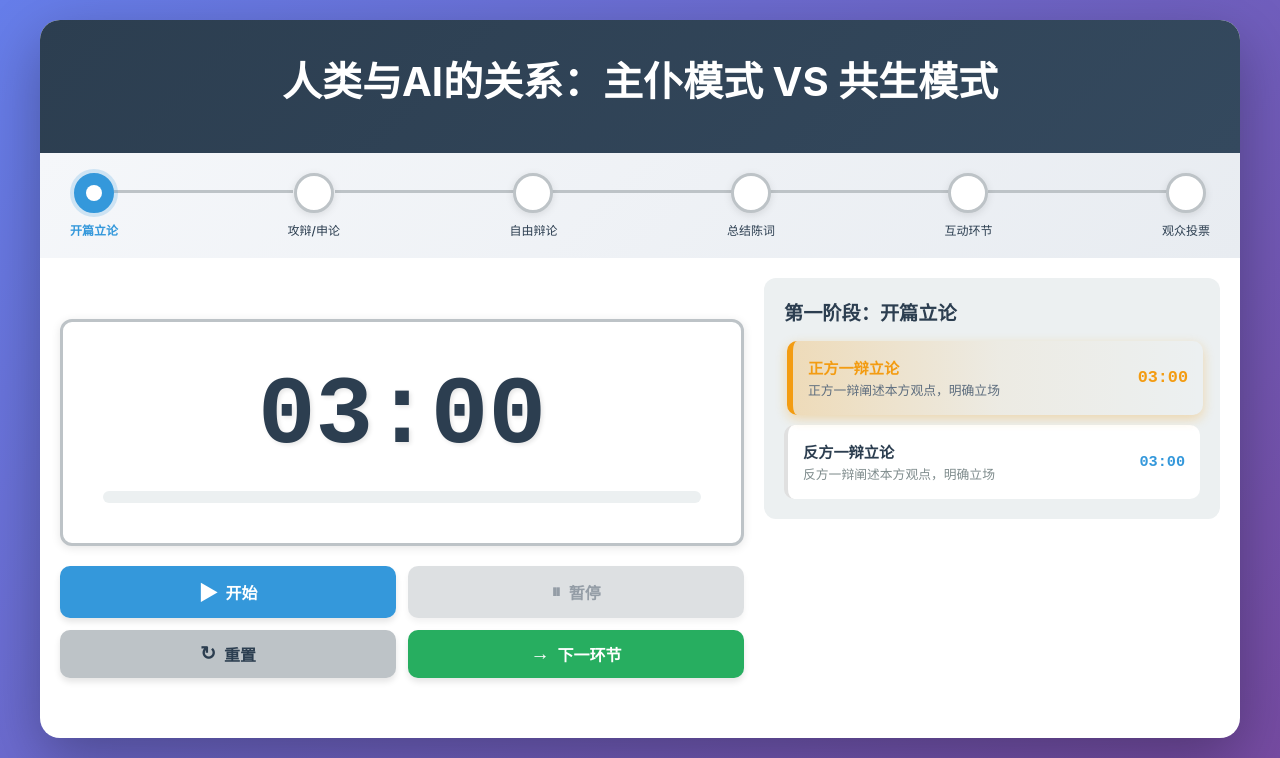
Repository: YannZhao/debate-timer
Page: index.html
The author's editor kept a copy of each file at every save. The page is drawn from the files as they stood at one save, then again after the next save.
The browser window is 1280 px wide. The pictures show the whole page.

Above is the page before, as saved 2026-03-19 23:57:22.

After the next save:
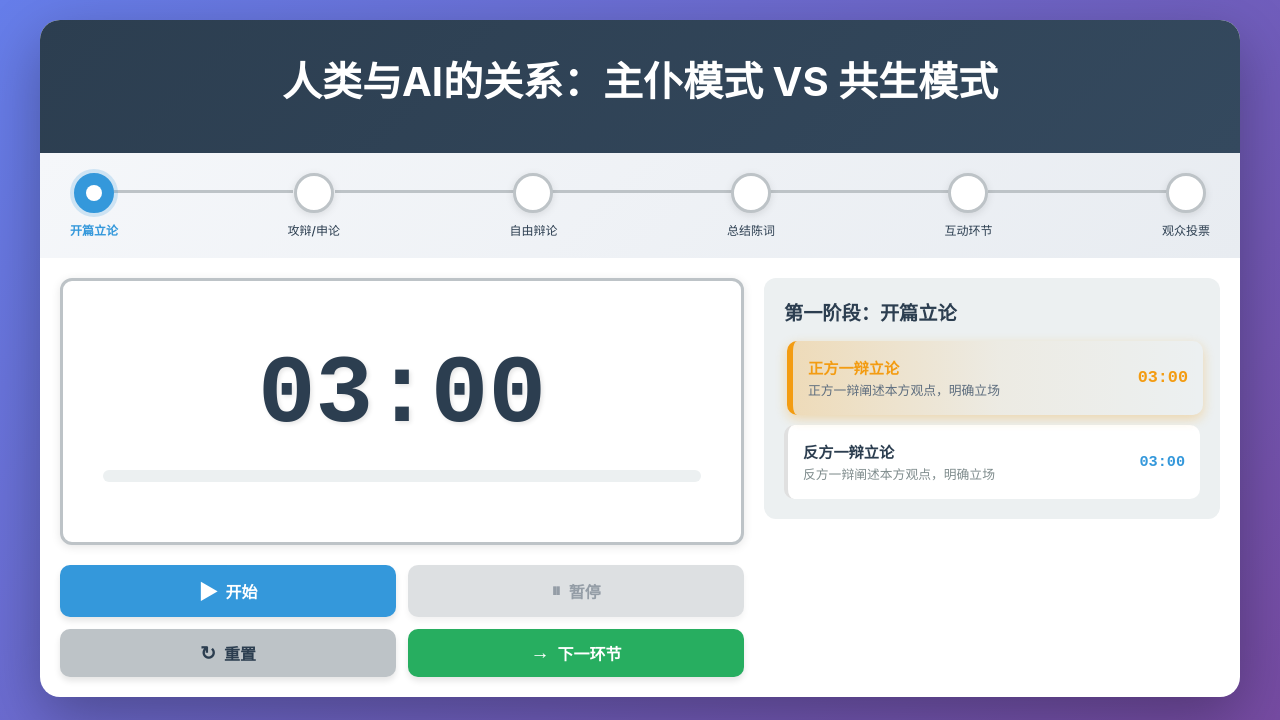
Saved 36 s later.
--- a/styles.css
+++ b/styles.css
@@ -165,8 +165,7 @@ main {
     display: grid;
     grid-template-columns: 1.5fr 1fr;
     gap: 20px;
-    align-items: center;
-    min-height: calc(100vh - 280px);
+    align-items: start;
 }
 
 .left-section {
@@ -191,7 +190,7 @@ main {
     background: var(--card-bg);
     border: 3px solid var(--border-color);
     border-radius: 12px;
-    padding: 40px;
+    padding: 60px 40px;
     text-align: center;
     box-shadow: var(--shadow);
     display: flex;
